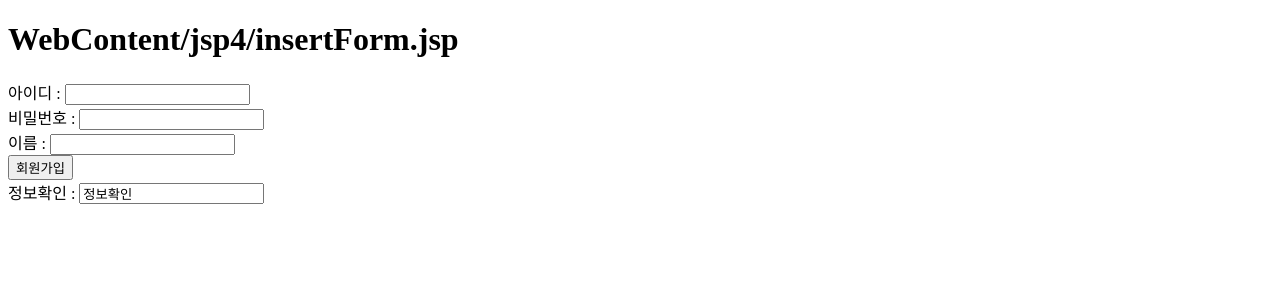
Repository: ReadStar/workspace_jsp
Page: http://localhost/StudyJSP/jsp4/insertForm.jsp
These files come from the project's save history. The page is drawn as it stood at one moment and after the next save; the edit follows.
The browser window is 1280 px wide. The pictures show the whole page.
The page is served by Tomcat 9.

Above is the page before, as saved 2020-08-25 06:17:20.

After the next save:
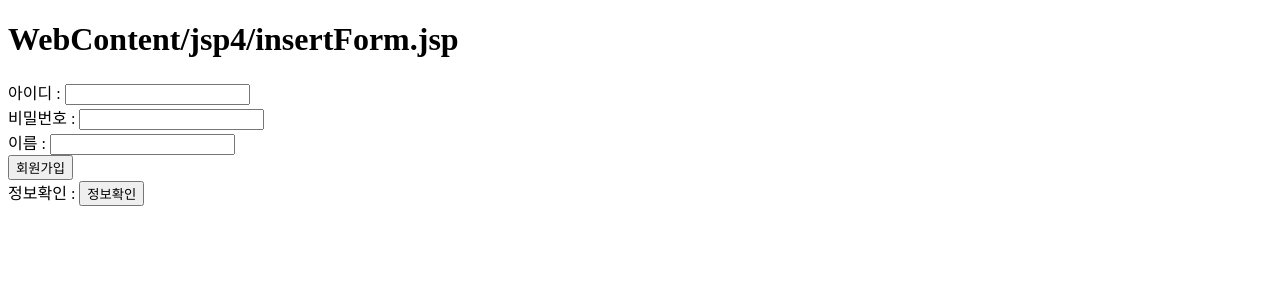
Saved 23 s later.
--- a/StudyJSP/WebContent/jsp4/insertForm.jsp
+++ b/StudyJSP/WebContent/jsp4/insertForm.jsp
@@ -15,7 +15,7 @@
 <input type="submit" value="회원가입">
 </form>
 <form action ="info.jsp" method="post">
-정보확인 : <input = "submit" value="정보확인">
+정보확인 : <input type= "submit" value="정보확인">
 </form>
 </body>
 </html>
